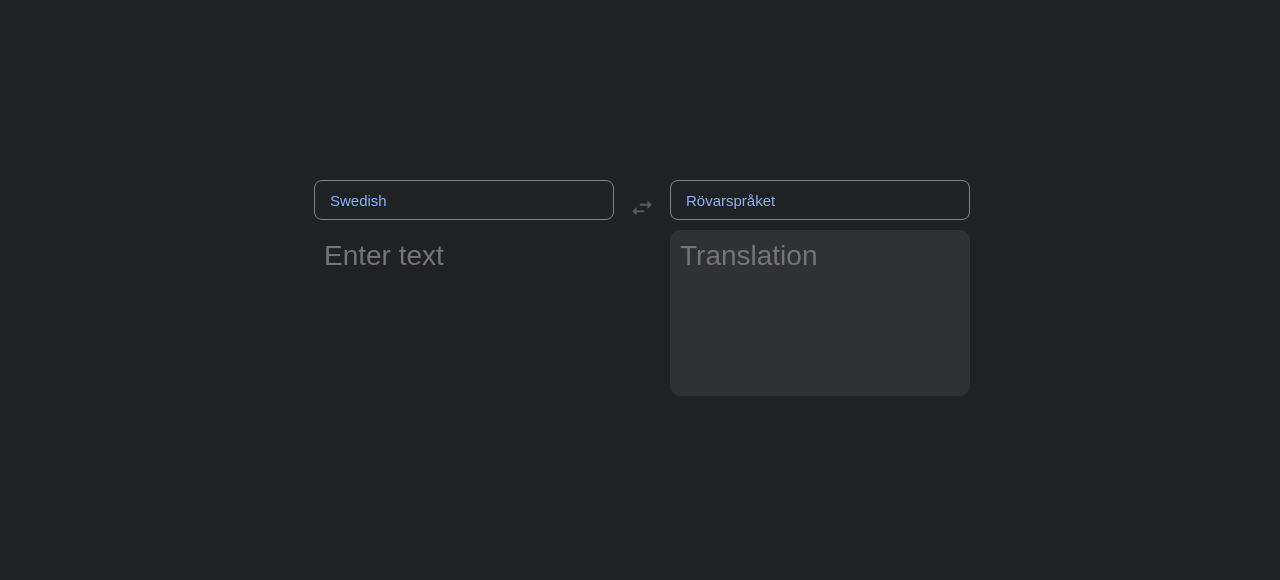
Repository: ShamroOoz/R-varspr-ket-Translator
Page: /
An editor plug-in stored every save of this project. The page is shown before and after the next save, followed by the edit.
The browser window is 1280 px wide. The pictures show the whole page.
The project was rebuilt for these pictures with package versions that can differ from the ones it lists, and the page was loaded fresh each time.

Above is the page before, as saved 2022-05-17 23:41:21.

After the next save:
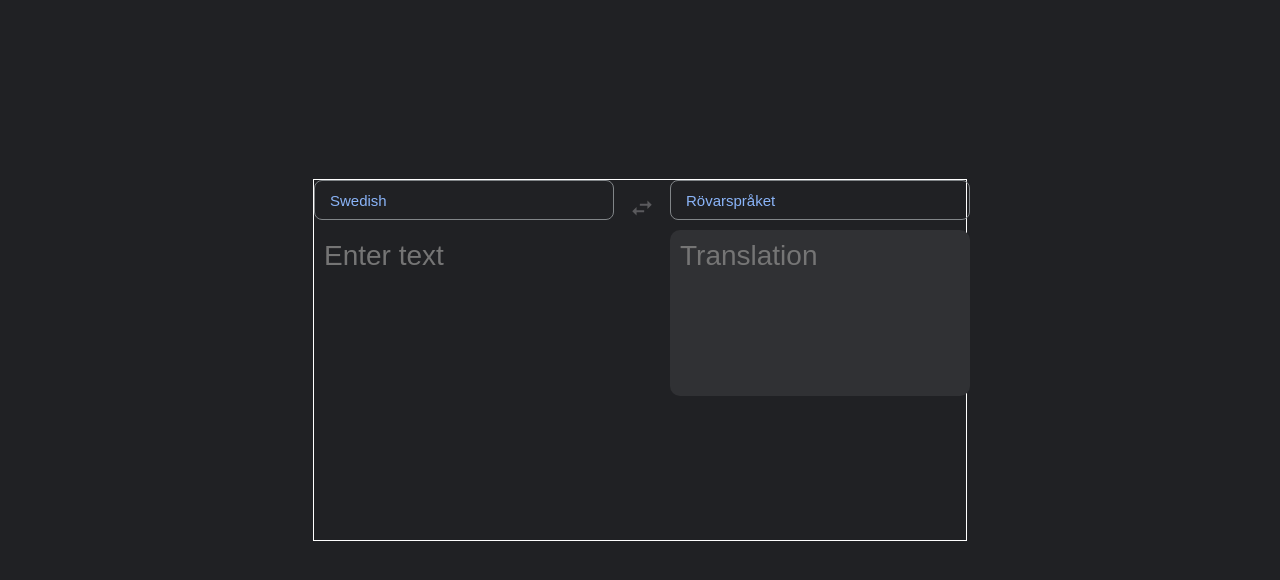
Saved 9 s later.
--- a/src/index.css
+++ b/src/index.css
@@ -15,7 +15,7 @@ body {
   display: flex;
   width: 652px;
   height: 360px;
-  border: 1px solid #202124;
+  border: 1px solid #fff;
 }
 
 .output,
